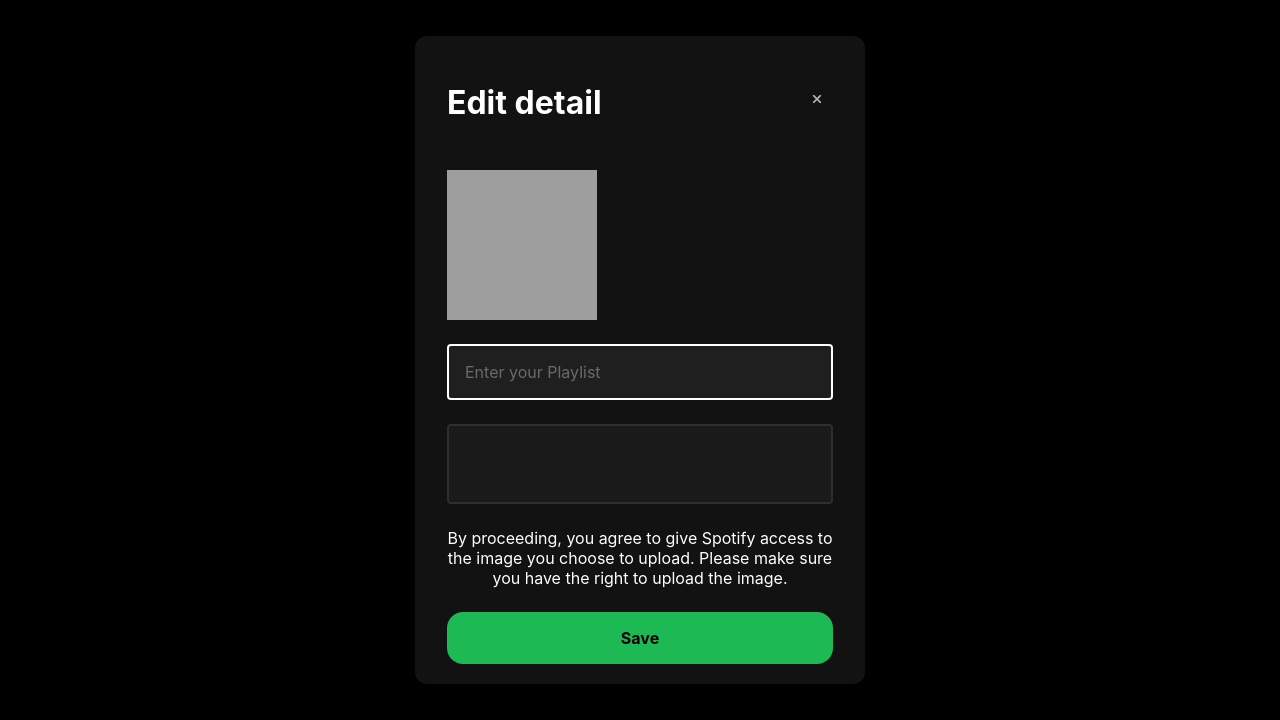
Repository: lannguyen1301/f8-zoom-module2
Page: nhap.html
An editor plug-in stored every save of this project. The page is shown before and after the next save, followed by the edit.
The browser window is 1280 px wide. The pictures show the whole page.
Pictures or frames that could not be fetched are drawn as grey boxes. An inner scrolling area shows only its first screen.

Above is the page before, as saved 2025-08-15 23:18:12.

After the next save:
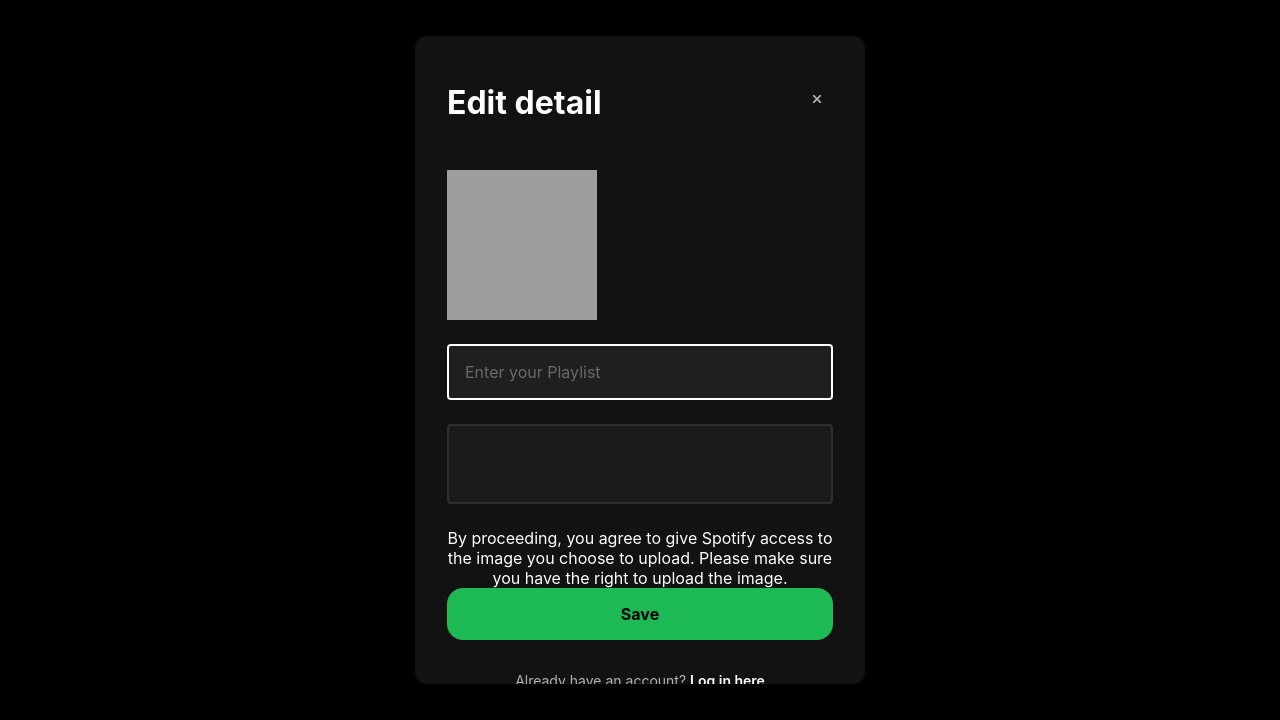
Saved 52 s later.
--- a/nhap.html
+++ b/nhap.html
@@ -116,11 +116,13 @@
                             <textarea id="content" name="content" hidden=""></textarea>
                         </div>
 
-                        <p>By proceeding, you agree to give Spotify access to the image you choose to upload. Please
-                            make sure you have the right to upload the image.</p>
-                        <button type="submit" class="auth-submit-btn">
-                            Save
-                        </button>
+                        <div class="footer-group">
+                            <p>By proceeding, you agree to give Spotify access to the image you choose to upload. Please
+                                make sure you have the right to upload the image.</p>
+                            <button type="submit" class="auth-submit-btn">
+                                Save
+                            </button>
+                        </div>
                     </form>
 
                     <div class="auth-switch">
